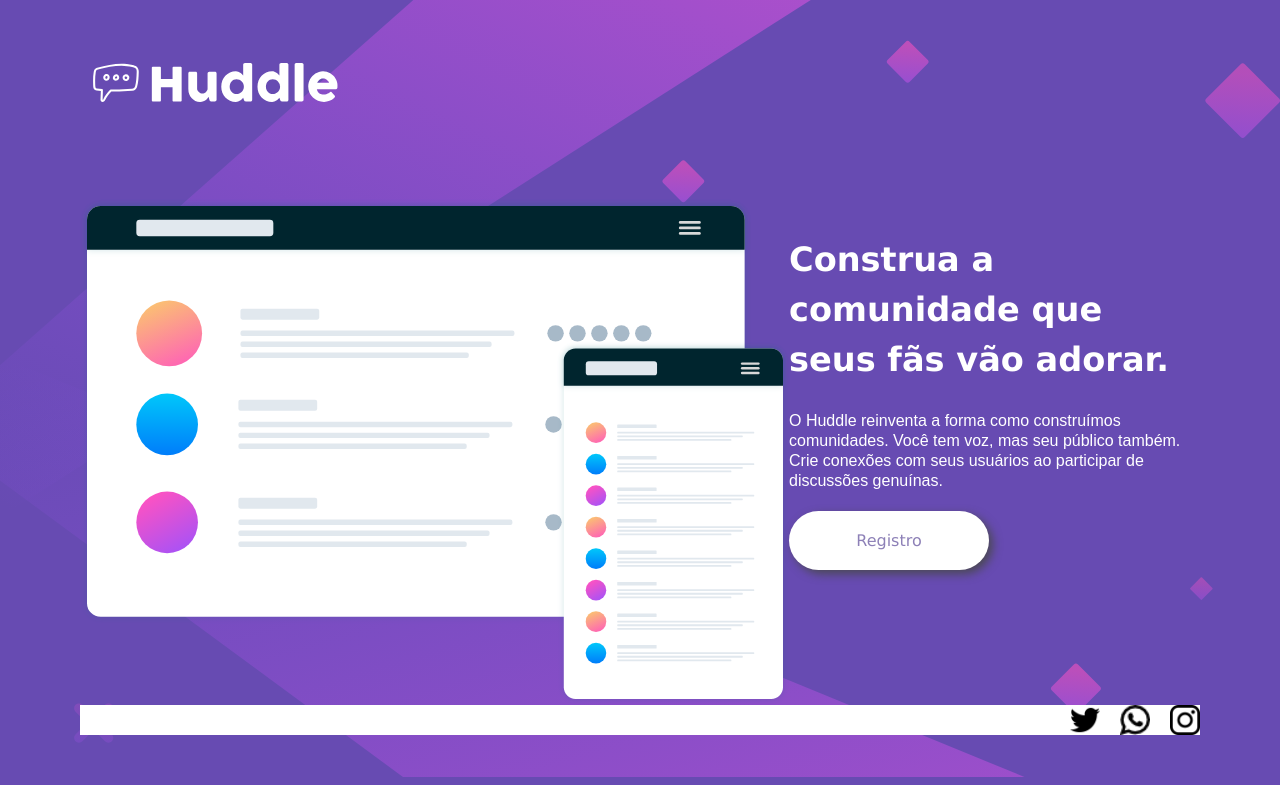
Repository: caique2512/Huddle
Page: index.html
An editor plug-in stored every save of this project. The page is shown before and after a run of saves, followed by the edit.
The browser window is 1280 px wide. The pictures show the whole page.

Above is the page before, as saved 2026-02-27 18:46:58.

### index.html
<!DOCTYPE html>
<html lang="pt-br">
<head>
    <meta charset="UTF-8">
    <meta name="viewport" content="width=device-width, initial-scale=1.0">
    <title>Huddle</title>
    <link rel="stylesheet" href="src/reset.css">
    <link rel="stylesheet" href="src/estilos.css">
</head>
<body>
    <header>
        <img class="logo" src="images/logo.svg" alt="Logo Huddle">
    </header>
    <main class="conteudo">
        <img src="./images/illustration-mockups.svg" alt="Illustracion">
        <div class="conteudo-principal">
            <h1 class="titulo">Construa a comunidade que seus fãs vão adorar.</h1>
            <p class="subtitulo">O Huddle reinventa a forma como construímos comunidades. Você tem voz, mas seu público também. Crie conexões com seus usuários ao participar de discussões genuínas.</p>
            <button class="btn">Registro</button>
        </div>
    </main>
    <footer>
        <div class="rodape">
            <img src="images/twitter.png" alt="twitter">
            <img src="images/whatsapp.png" alt="Whatzaap">
            <img src="images/logotipo-do-instagram.png" alt="Instagram">
        </div>
    </footer>
</body>
</html>

### src/estilos.css
body {
    background: url(../images/bg-desktop.svg) no-repeat;
    background-size: contain;
    background-color: #674BB2;
    padding: 50px 80px;
}

.logo{
    margin-bottom: 80px;
}

.conteudo {
    display: flex;
}

.conteudo .conteudo-principal{
    width: 40%;
    margin: 0 auto;
    display: flex;
    flex-direction: column;
    justify-content: center;
    margin-bottom: 100px;
}

.conteudo .conteudo-principal .titulo {
    color: white;
    font-size: 2.1rem;
    font-family: Verdana, Geneva, Tahoma, sans-serif;
    line-height: 50px;
    font-weight: 600;
    margin-bottom: 2cqw;
}

.conteudo .conteudo-principal .subtitulo {
    color: white;
    font-family: Arial, Helvetica, sans-serif;
    line-height: 20px;
    font-weight: 400;
    margin-bottom: 20px;
}

.conteudo .conteudo-principal .btn {
    width: 200px;
    background-color: white;
    border: none;
    padding: 20px 30px;
    border-radius: 50px;
    font-family: Verdana, Geneva, Tahoma, sans-serif;
    font-weight: 500;
    font-size: 16px;
    color: #8d80b7;
    box-shadow: 4px 4px 10px #4b4954;
}

.rodape img{
    width: 30px;
}

.rodape {
    display: flex;
    justify-content: flex-end;
    gap: 20px;
    background-color: white;
}

Loaded but not shown: src/reset.css (common file)

After the next 5 saves:
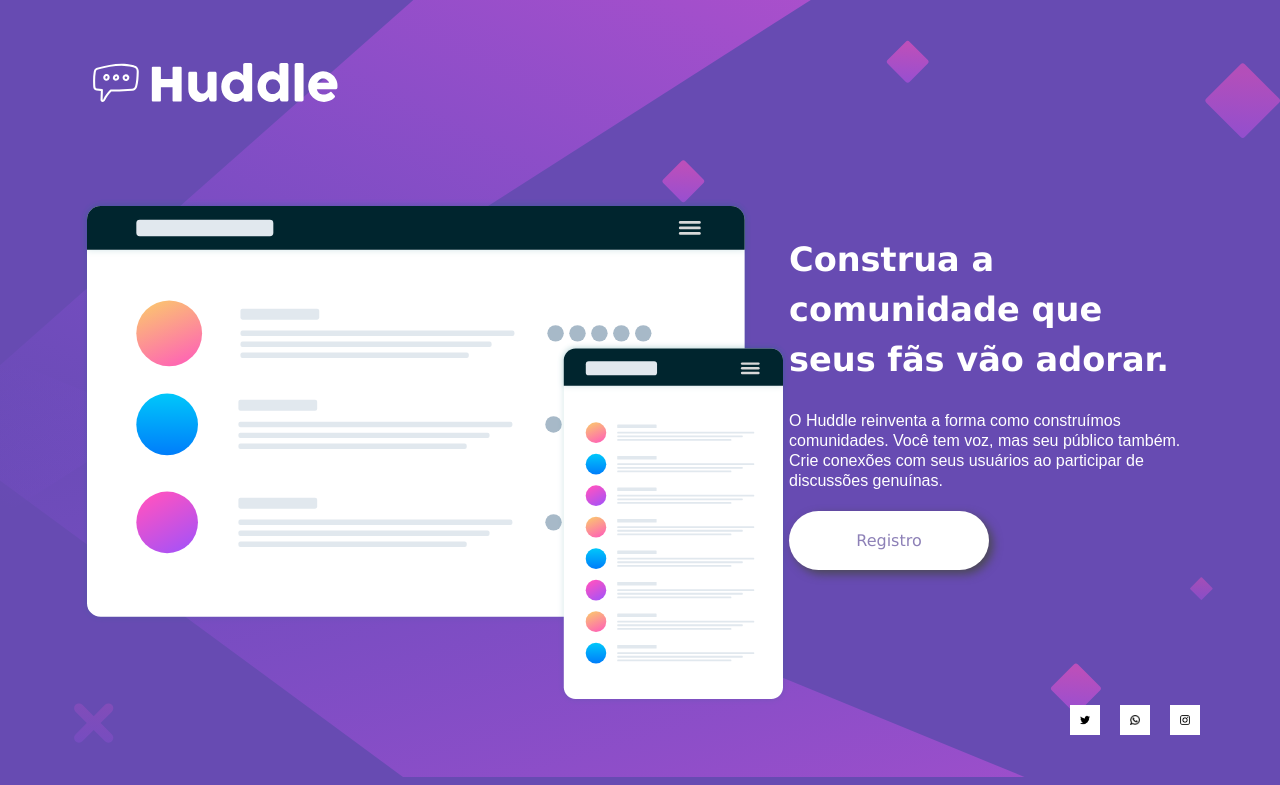
The 5 saves are shown as one change because they came seconds apart.
The last was saved 31 s later.
--- a/src/estilos.css
+++ b/src/estilos.css
@@ -54,11 +54,12 @@
 
 .rodape img{
     width: 30px;
+     background-color: white;
+     padding: 10px;
 }
 
 .rodape {
     display: flex;
     justify-content: flex-end;
     gap: 20px;
-    background-color: white;
 }
